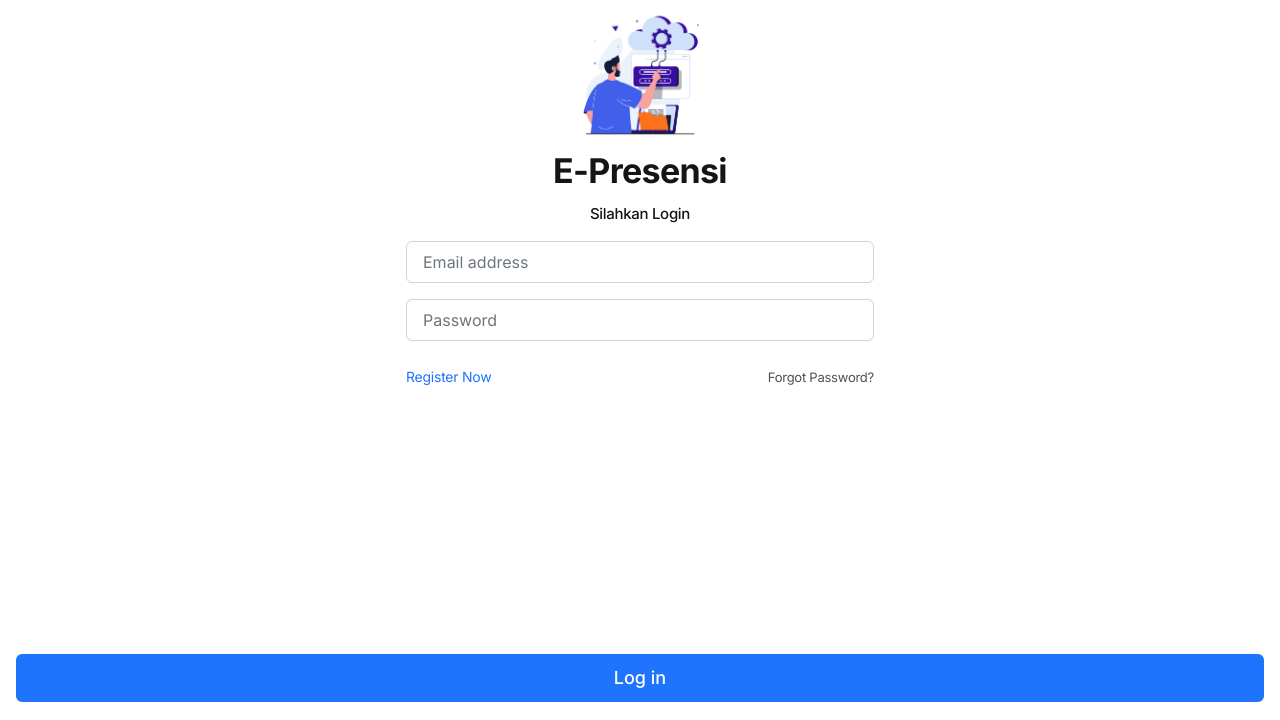
Repository: ryanmlnaa/TA-SEM4
Page: http://localhost/
An editor plug-in stored every save of this project. The page is shown before and after the next save, followed by the edit.
The browser window is 1280 px wide. The pictures show the whole page.
Some web libraries are served in a nearby version. The page is served by the project's Laravel application, run on PHP 8.4 with Laravel 9. Other server files are loaded and not shown.

Above is the page before, as saved 2025-02-15 16:43:34.

### routes/web.php
<?php

use Illuminate\Support\Facades\Route;

/*
|--------------------------------------------------------------------------
| Web Routes
|--------------------------------------------------------------------------
|
| Here is where you can register web routes for your application. These
| routes are loaded by the RouteServiceProvider within a group which
| contains the "web" middleware group. Now create something great!
|
*/

Route::get('/', function () {
    return view('auth.login');
});

### resources/views/auth/login.blade.php
<!doctype html>
<html lang="en">

<head>
    <meta http-equiv="Content-Type" content="text/html; charset=utf-8" />
    <meta name="viewport"
        content="width=device-width, initial-scale=1, minimum-scale=1, maximum-scale=1, viewport-fit=cover" />
    <meta name="apple-mobile-web-app-capable" content="yes" />
    <meta name="apple-mobile-web-app-status-bar-style" content="black-translucent">
    <meta name="theme-color" content="#000000">
    <title>E-Presensi Geolocation</title>
    <meta name="description" content="Mobilekit HTML Mobile UI Kit">
    <meta name="keywords" content="bootstrap 4, mobile template, cordova, phonegap, mobile, html" />
    <link rel="icon" type="image/png" href="{{ asset('assets/img/favicon.png')}}" sizes="32x32">
    <link rel="apple-touch-icon" sizes="180x180" href="{{ asset('assets/img/icon/192x192.png')}}">
    <link rel="stylesheet" href="{{ asset('assets/css/style.css') }}">
    <link rel="manifest" href="__manifest.json">
</head>

<body class="bg-white">

    <!-- loader -->
    <div id="loader">
        <div class="spinner-border text-primary" role="status"></div>
    </div>
    <!-- * loader -->


    <!-- App Capsule -->
    <div id="appCapsule" class="pt-0">

        <div class="login-form mt-1">
            <div class="section">
                <img src="{{ asset('assets/img/login/login.jpg')}}" alt="image" class="form-image">
            </div>
            <div class="section mt-1">
                <h1>E-Presensi</h1>
                <h4>Silahkan Login</h4>
            </div>
            <div class="section mt-1 mb-5">
                <form action="app-pages.html">
                    <div class="form-group boxed">
                        <div class="input-wrapper">
                            <input type="email" class="form-control" id="email1" placeholder="Email address">
                            <i class="clear-input">
                                <ion-icon name="close-circle"></ion-icon>
                            </i>
                        </div>
                    </div>

                    <div class="form-group boxed">
                        <div class="input-wrapper">
                            <input type="password" class="form-control" id="password1" placeholder="Password">
                            <i class="clear-input">
                                <ion-icon name="close-circle"></ion-icon>
                            </i>
                        </div>
                    </div>

                    <div class="form-links mt-2">
                        <div>
                            <a href="page-register.html">Register Now</a>
                        </div>
                        <div><a href="page-forgot-password.html" class="text-muted">Forgot Password?</a></div>
                    </div>

                    <div class="form-button-group">
                        <button type="submit" class="btn btn-primary btn-block btn-lg">Log in</button>
                    </div>

                </form>
            </div>
        </div>


    </div>
    <!-- * App Capsule -->



    <!-- ///////////// Js Files ////////////////////  -->
    <!-- Jquery -->
    <script src="{{ asset('assets/js/lib/jquery-3.4.1.min.js')}}"></script>
    <!-- Bootstrap-->
    <script src="{{ asset('assets/js/lib/popper.min.js') }}"></script>
    <script src="{{ asset('assets/js/lib/bootstrap.min.js')}}"></script>
    <!-- Ionicons -->
    <script type="module" src="https://unpkg.com/ionicons@5.0.0/dist/ionicons/ionicons.js"></script>
    <!-- Owl Carousel -->
    <script src="{{ asset('assets/js/plugins/owl-carousel/owl.carousel.min.js')}}"></script>
    <!-- jQuery Circle Progress -->
    <script src="{{ asset('assets/js/plugins/jquery-circle-progress/circle-progress.min.js')}}"></script>
    <!-- Base Js File -->
    <script src="{{ asset('assets/js/base.js') }}"></script>


</body>

</html>

Loaded but not shown: public/assets/js/lib/jquery-3.4.1.min.js (library); public/assets/js/lib/popper.min.js (library); public/assets/js/lib/bootstrap.min.js (library); public/assets/js/plugins/owl-carousel/owl.carousel.min.js (library); public/assets/js/plugins/jquery-circle-progress/circle-progress.min.js (library); public/assets/css/inc/bootstrap/bootstrap.min.css (library); public/assets/css/inc/owl-carousel/owl.carousel.min.css (library); public/assets/css/inc/owl-carousel/owl.theme.default.css (common file); public/assets/js/base.js (527 lines, source omitted); public/assets/css/style.css (8086 lines, source omitted)

After the next save:
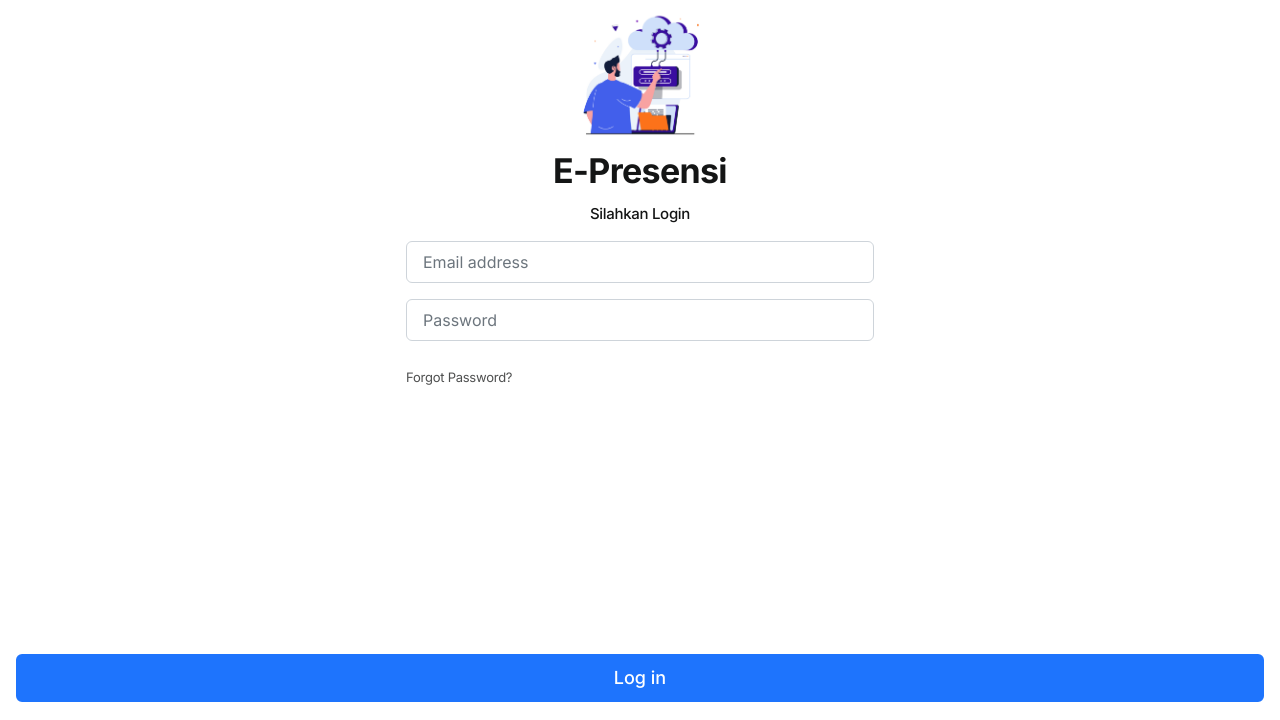
Saved 20 s later.
--- a/resources/views/auth/login.blade.php
+++ b/resources/views/auth/login.blade.php
@@ -58,9 +58,6 @@
                     </div>
 
                     <div class="form-links mt-2">
-                        <div>
-                            <a href="page-register.html">Register Now</a>
-                        </div>
                         <div><a href="page-forgot-password.html" class="text-muted">Forgot Password?</a></div>
                     </div>
 
